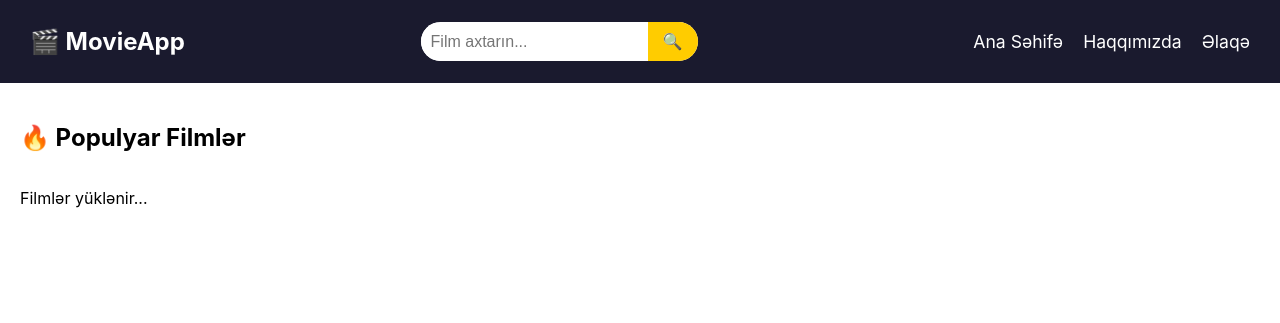
Repository: Zulfiyya077/InternIntelligence_MovieWebsite
Page: /
These files come from the project's save history. The page is drawn as it stood at one moment and after the next save; the edit follows.
The browser window is 1280 px wide. The pictures show the whole page.
The page's requests for data from a server got no answer. The project was rebuilt for these pictures with package versions that can differ from the ones it lists, and the page was loaded fresh each time. No one was signed in, and anything a server would have sent is missing. Also part of the build but not shown: vite.config.js, src/components/MovieCard.module.css, src/components/MovieCard.jsx, src/pages/MovieDetailsPage.module.css, src/pages/MovieDetailsPage.jsx, src/pages/SearchResultsPage.module.css, src/pages/SearchResultsPage.jsx, src/pages/About.module.css and 4 more.

Above is the page before, as saved 2025-02-24 01:13:32.

After the next save:
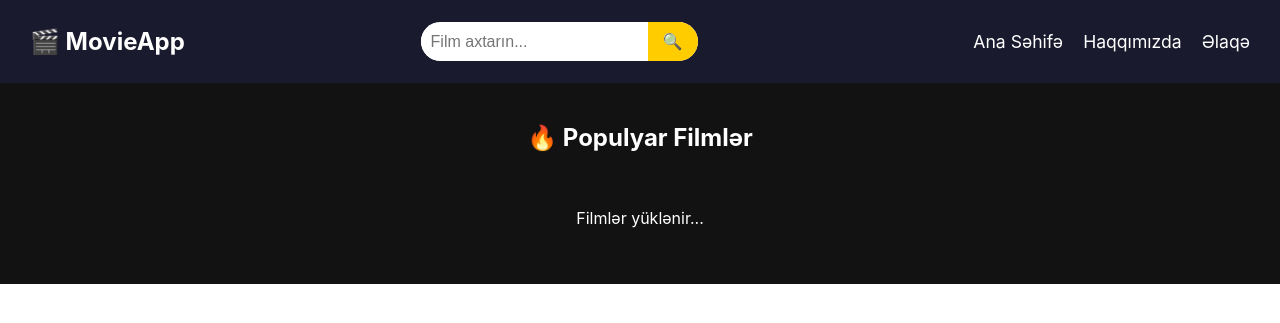
Saved 5 s later.
--- a/src/pages/Home.module.css
+++ b/src/pages/Home.module.css
@@ -1,35 +1,14 @@
-/* src/pages/Home.module.css */
 .home {
     padding: 20px;
+    text-align: center;
+    background-color: #121212;
+    color: white;
 }
 
 .movieList {
-    display: flex;
-    flex-wrap: wrap;
-    justify-content: space-between;
+    display: grid;
+    grid-template-columns: repeat(auto-fit, minmax(200px, 1fr));
     gap: 20px;
+    padding: 20px;
+    justify-items: center;
 }
-
-.movie-card {
-    position: relative;
-    display: inline-block;
-    width: 200px;
-    height: auto;
-    transition: filter 0.3s ease, transform 0.3s ease;
-}
-
-.movie-card img {
-    width: 100%;
-    height: auto;
-    border-radius: 8px;
-    transition: transform 0.3s ease;
-}
-
-.movie-card.blur {
-    filter: blur(5px); /* Diğer filmleri bulanık yapıyoruz */
-}
-
-.movie-card.selected {
-    transform: scale(1.05); /* Seçilen film biraz daha büyük olacak */
-    z-index: 2; /* Seçilen filmi öne alır */
-}
